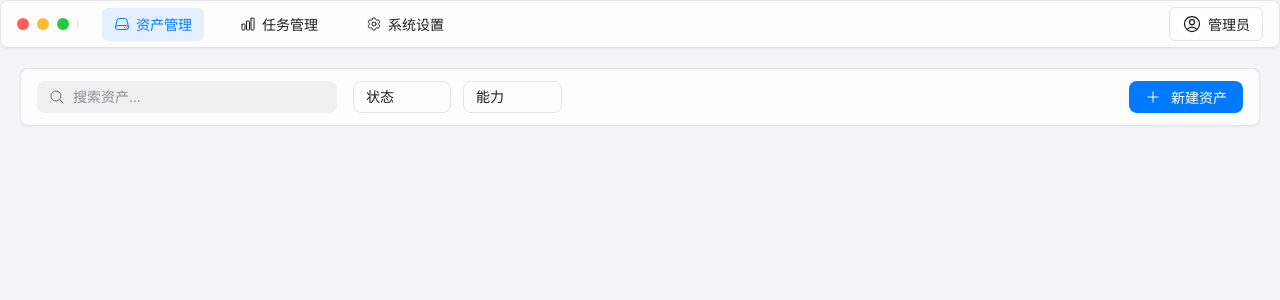
Repository: SmartRick/RLT
Page: / (app in fronted-ui/)
These files come from the project's save history. The page is drawn as it stood at one moment and after the next save; the edit follows.
The browser window is 1280 px wide. The pictures show the whole page.
The page's requests for data from a server got no answer. The project was rebuilt for these pictures with package versions that can differ from the ones it lists, and the page was loaded fresh each time. No one was signed in, and anything a server would have sent is missing. Also part of the build but not shown: fronted-ui/vite.config.js, fronted-ui/vue.config.js, fronted-ui/src/components/common/SwitchButton.vue, fronted-ui/src/views/Tasks.vue, fronted-ui/src/views/Settings.vue.

Above is the page before, as saved 2025-01-05 18:37:28.

### fronted-ui/src/App.vue
<template>
  <div class="app-background">
    <div class="blur-layer" :style="blurPosition"></div>
    <div class="gradient-layer"></div>
  </div>
  <app-layout />
</template>

<script setup>
import { ref, onMounted, onUnmounted } from 'vue'
import AppLayout from '@/components/layout/AppLayout.vue'

// 视差效果状态
const blurPosition = ref({ transform: 'translate(0px, 0px)' })

// 处理鼠标移动
const handleMouseMove = (e) => {
  const moveX = (e.clientX - window.innerWidth / 2) * 0.01
  const moveY = (e.clientY - window.innerHeight / 2) * 0.01
  blurPosition.value = {
    transform: `translate(${moveX}px, ${moveY}px)`
  }
}

// 组件挂载时添加事件监听
onMounted(() => {
  window.addEventListener('mousemove', handleMouseMove)
})

// 组件卸载时移除事件监听
onUnmounted(() => {
  window.removeEventListener('mousemove', handleMouseMove)
})
</script>

<style>
* {
  margin: 0;
  padding: 0;
  box-sizing: border-box;
}

body {
  font-family: 'PingFang SC', 'Microsoft YaHei', sans-serif;
  -webkit-font-smoothing: antialiased;
  -moz-osx-font-smoothing: grayscale;
  color: #2c3e50;
  background: #f5f5f7;
  overflow: hidden;
}

.app-background {
  position: fixed;
  top: 0;
  left: 0;
  width: 100vw;
  height: 100vh;
  z-index: -1;
  overflow: hidden;
}

.blur-layer {
  position: absolute;
  top: -20px;
  left: -20px;
  right: -20px;
  bottom: -20px;
  background:
    radial-gradient(circle at 30% 20%, rgba(121, 68, 154, 0.13), transparent 25%),
    radial-gradient(circle at 70% 65%, rgba(33, 150, 243, 0.13), transparent 25%),
    radial-gradient(circle at 20% 80%, rgba(234, 88, 12, 0.13), transparent 25%);
  filter: blur(30px);
  transition: transform 0.2s cubic-bezier(0.2, 0, 0.2, 1);
}

.gradient-layer {
  position: absolute;
  top: 0;
  left: 0;
  right: 0;
  bottom: 0;
  background: linear-gradient(
    135deg,
    rgba(255, 255, 255, 0.95) 0%,
    rgba(255, 255, 255, 0.85) 100%
  );
  backdrop-filter: blur(20px);
}

/* Mac 风格的按钮样式 */
.mac-btn {
  background: linear-gradient(to bottom, rgba(255, 255, 255, 0.8) 0%, rgba(247, 247, 247, 0.8) 100%);
  border: 1px solid rgba(0, 0, 0, 0.1);
  border-radius: 6px;
  padding: 8px 15px;
  font-size: 14px;
  color: #606266;
  cursor: pointer;
  transition: all 0.3s ease;
  backdrop-filter: blur(8px);
}

.mac-btn:hover {
  background: linear-gradient(to bottom, rgba(247, 247, 247, 0.9) 0%, rgba(240, 240, 240, 0.9) 100%);
  transform: translateY(-1px);
  box-shadow: 0 2px 4px rgba(0,0,0,0.1);
}

/* Mac 风格的卡片样式 */
.mac-card {
  background: rgba(255, 255, 255, 0.7);
  border-radius: 10px;
  box-shadow:
    0 4px 12px rgba(0, 0, 0, 0.1),
    0 0 0 1px rgba(0, 0, 0, 0.05);
  padding: 20px;
  transition: all 0.3s ease;
  backdrop-filter: blur(10px);
}

.mac-card:hover {
  transform: translateY(-2px);
  box-shadow:
    0 8px 24px rgba(0, 0, 0, 0.12),
    0 0 0 1px rgba(0, 0, 0, 0.05);
}
</style>

### fronted-ui/src/assets/styles/global.css
:root {
  /* 颜色系统 */
  --primary-color: #0A84FF;
  --success-color: #32D74B;
  --warning-color: #FF9F0A;
  --danger-color: #FF453A;
  --info-color: #64D2FF;

  /* 文本颜色 */
  --text-primary: #000000;
  --text-secondary: #6B6B6B;
  --text-tertiary: #8E8E93;

  /* 背景颜色 */
  --background-primary: #F5F5F7;
  --background-secondary: #FFFFFF;
  --background-tertiary: #F2F2F7;

  /* 边框颜色 */
  --border-color: #D2D2D7;
  --border-color-light: #E5E5EA;

  /* 阴影 */
  --shadow-sm: 0 1px 2px rgba(0, 0, 0, 0.05);
  --shadow-md: 0 4px 6px -1px rgba(0, 0, 0, 0.1), 0 2px 4px -1px rgba(0, 0, 0, 0.06);
  --shadow-lg: 0 10px 15px -3px rgba(0, 0, 0, 0.1), 0 4px 6px -2px rgba(0, 0, 0, 0.05);

  /* 圆角 */
  --radius-sm: 6px;
  --radius-md: 8px;
  --radius-lg: 12px;

  /* 动画 */
  --transition-speed: 0.2s;

  /* 间距 */
  --spacing-1: 4px;
  --spacing-2: 8px;
  --spacing-3: 12px;
  --spacing-4: 16px;
  --spacing-5: 20px;
  --spacing-6: 24px;
}

/* 基础样式重置 */
* {
  margin: 0;
  padding: 0;
  box-sizing: border-box;
  -webkit-font-smoothing: antialiased;
  -moz-osx-font-smoothing: grayscale;
}

body {
  font-family: -apple-system, BlinkMacSystemFont, 'SF Pro Text', 'Helvetica Neue', sans-serif;
  background-color: var(--background-primary);
  color: var(--text-primary);
  line-height: 1.5;
}

/* 通用卡片样式 */
.mac-card {
  background: var(--background-secondary);
  border-radius: var(--radius-md);
  box-shadow: var(--shadow-sm);
  border: 1px solid var(--border-color-light);
  backdrop-filter: blur(20px);
  transition: transform var(--transition-speed),
              box-shadow var(--transition-speed);
}

.mac-card:hover {
  transform: translateY(-2px);
  box-shadow: var(--shadow-md);
}

/* 按钮样式 */
.mac-btn {
  padding: var(--spacing-2) var(--spacing-4);
  border-radius: var(--radius-sm);
  font-size: 14px;
  font-weight: 500;
  border: 1px solid var(--border-color);
  background: var(--background-secondary);
  color: var(--text-primary);
  cursor: pointer;
  display: inline-flex;
  align-items: center;
  justify-content: center;
  gap: var(--spacing-2);
  transition: all var(--transition-speed);
}

.mac-btn:hover {
  background: var(--background-tertiary);
  border-color: var(--border-color);
}

.mac-btn.primary {
  background: var(--primary-color);
  border-color: var(--primary-color);
  color: white;
}

.mac-btn.primary:hover {
  background: color-mix(in srgb, var(--primary-color) 90%, black);
  border-color: color-mix(in srgb, var(--primary-color) 90%, black);
}

/* 输入框样式 */
.mac-input {
  padding: var(--spacing-2) var(--spacing-3);
  border-radius: var(--radius-sm);
  border: 1px solid var(--border-color);
  font-size: 14px;
  background: var(--background-secondary);
  transition: all var(--transition-speed);
  width: 100%;
}

.mac-input:focus {
  outline: none;
  border-color: var(--primary-color);
  box-shadow: 0 0 0 3px color-mix(in srgb, var(--primary-color) 20%, transparent);
}

/* 下拉框样式 */
.mac-select {
  padding: var(--spacing-2) var(--spacing-3);
  border-radius: var(--radius-sm);
  border: 1px solid var(--border-color);
  font-size: 14px;
  background: var(--background-secondary);
  cursor: pointer;
  transition: all var(--transition-speed);
}

.mac-select:focus {
  outline: none;
  border-color: var(--primary-color);
  box-shadow: 0 0 0 3px color-mix(in srgb, var(--primary-color) 20%, transparent);
}

/* 模态框样式 */
.modal-wrapper {
  width: 600px;
  max-width: 90vw;
  max-height: 85vh;
  display: flex;
  flex-direction: column;
  background: var(--background-secondary);
  border-radius: var(--radius-lg);
  box-shadow: var(--shadow-lg);
  overflow: hidden;
}

.modal-header {
  padding: var(--spacing-4) var(--spacing-6);
  border-bottom: 1px solid var(--border-color-light);
}

.modal-body {
  padding: var(--spacing-6);
  overflow-y: auto;
}

.modal-footer {
  padding: var(--spacing-4) var(--spacing-6);
  border-top: 1px solid var(--border-color-light);
  display: flex;
  justify-content: flex-end;
  gap: var(--spacing-3);
}

/* 表单样式 */
.form-section {
  background: var(--background-tertiary);
  border-radius: var(--radius-md);
  padding: var(--spacing-4);
  margin-bottom: var(--spacing-4);
}

.form-item {
  margin-bottom: var(--spacing-4);
}

.form-item label {
  display: block;
  margin-bottom: var(--spacing-2);
  color: var(--text-secondary);
  font-size: 14px;
}

.form-row {
  display: grid;
  grid-template-columns: 1fr 1fr;
  gap: var(--spacing-4);
}

/* 动画 */
@keyframes slideUp {
  from {
    transform: translateY(20px);
    opacity: 0;
  }
  to {
    transform: translateY(0);
    opacity: 1;
  }
}

.modal-enter-active {
  animation: slideUp var(--transition-speed) ease-out;
}

.modal-leave-active {
  animation: slideUp var(--transition-speed) ease-in reverse;
}

### fronted-ui/src/components/layout/AppLayout.vue
<template>
  <div class="app-layout">
    <header class="top-bar mac-card">
      <div class="left-section">
        <div class="window-controls">
          <span class="control close"></span>
          <span class="control minimize"></span>
          <span class="control maximize"></span>
        </div>
        <nav class="main-nav">
          <router-link
            v-for="route in mainRoutes"
            :key="route.path"
            :to="route.path"
            class="nav-item"
            :class="{ active: route.path === currentPath }"
          >
            <component :is="route.icon" class="nav-icon" />
            {{ route.name }}
          </router-link>
        </nav>
      </div>

      <div class="right-section">
        <button class="user-menu mac-btn">
          <UserCircleIcon class="user-icon" />
          管理员
        </button>
      </div>
    </header>

    <main class="main-content">
      <router-view v-slot="{ Component }">
        <transition name="fade" mode="out-in">
          <keep-alive>
            <component :is="Component" />
          </keep-alive>
        </transition>
      </router-view>
    </main>
  </div>
</template>

<script setup>
import { ref, onMounted, watch } from 'vue'
import { useRoute } from 'vue-router'
import {
  UserCircleIcon,
  ServerIcon,
  Cog6ToothIcon,
  ChartBarIcon
} from '@heroicons/vue/24/outline'

const route = useRoute()
const currentPath = ref(route.path)

// 路由配置
const mainRoutes = [
  { path: '/assets', name: '资产管理', icon: ServerIcon },
  { path: '/tasks', name: '任务管理', icon: ChartBarIcon },
  { path: '/settings', name: '系统设置', icon: Cog6ToothIcon }
]

// 监听路由变化
watch(
  () => route.path,
  (newPath) => {
    currentPath.value = newPath
    console.log('路由变化:', {
      path: newPath,
      currentComponent: route.name,
      timestamp: new Date().toISOString()
    })
  },
  { immediate: true }
)

// 组件挂载时
onMounted(() => {
  console.log('AppLayout 挂载:', {
    path: route.path,
    name: route.name,
    params: route.params,
    query: route.query,
    timestamp: new Date().toISOString()
  })
})
</script>

<style scoped>
.app-layout {
  height: 100vh;
  display: flex;
  flex-direction: column;
  background: #f5f5f7;
}

.top-bar {
  height: 48px;
  padding: 0 16px;
  display: flex;
  justify-content: space-between;
  align-items: center;
  background: rgba(255, 255, 255, 0.8);
  backdrop-filter: blur(12px);
  border-bottom: 1px solid rgba(0, 0, 0, 0.1);
  position: relative;
  z-index: 100;
}

.left-section {
  display: flex;
  align-items: center;
  gap: 24px;
}

.window-controls {
  display: flex;
  gap: 8px;
  padding-right: 8px;
  border-right: 1px solid rgba(0, 0, 0, 0.1);
}

.control {
  width: 12px;
  height: 12px;
  border-radius: 50%;
  cursor: pointer;
  transition: all 0.2s ease;
}

.control.close {
  background: #ff5f57;
}

.control.minimize {
  background: #febc2e;
}

.control.maximize {
  background: #28c840;
}

.control:hover {
  filter: brightness(0.9);
}

.main-nav {
  display: flex;
  gap: 24px;
}

.nav-item {
  display: flex;
  align-items: center;
  gap: 6px;
  color: #1c1c1e;
  text-decoration: none;
  font-size: 14px;
  padding: 6px 12px;
  border-radius: 6px;
  transition: all 0.2s ease;
  cursor: pointer;
  user-select: none;
}

.nav-item:hover {
  background: rgba(0, 0, 0, 0.05);
}

.nav-item.active {
  background: rgba(0, 122, 255, 0.1);
  color: #007AFF;
}

.nav-item.active .nav-icon {
  color: #007AFF;
}

.nav-icon {
  width: 16px;
  height: 16px;
}

.right-section {
  display: flex;
  align-items: center;
}

.user-menu {
  display: flex;
  align-items: center;
  gap: 6px;
  padding: 6px 12px;
  border-radius: 6px;
  color: #1c1c1e;
  font-size: 14px;
  background: transparent;
  border: 1px solid rgba(0, 0, 0, 0.1);
  cursor: pointer;
  transition: all 0.2s ease;
}

.user-menu:hover {
  background: rgba(0, 0, 0, 0.05);
}

.user-icon {
  width: 20px;
  height: 20px;
  color: #1c1c1e;
}

.main-content {
  flex: 1;
  overflow: auto;
  position: relative;
  height: calc(100vh - 48px);
  width: 100%;
  padding: 20px;
  background: transparent;
}

.main-content > * {
  height: 100%;
  width: 100%;
}

/* 响应式布局 */
@media (max-width: 768px) {
  .window-controls {
    display: none;
  }

  .main-nav {
    gap: 12px;
  }

  .nav-item {
    padding: 6px 8px;
  }

  .nav-item span {
    display: none;
  }
}

/* 添加过渡动画 */
.fade-enter-active,
.fade-leave-active {
  transition: opacity 0.2s ease;
  position: absolute;
  width: 100%;
  height: 100%;
}

.fade-enter-from,
.fade-leave-to {
  opacity: 0;
}
</style>

### fronted-ui/src/components/common/Modal.vue
<template>
  <transition name="modal-backdrop">
    <div v-if="modelValue" class="modal-overlay" @click="close">
      <transition name="modal">
        <div class="modal-wrapper mac-card" @click.stop>
          <div class="modal-header">
            <h3 class="modal-title">{{ title }}</h3>
            <button class="close-btn" @click="close">
              <XMarkIcon class="close-icon" />
            </button>
          </div>

          <div class="modal-body">
            <slot name="body"></slot>
          </div>

          <div class="modal-footer">
            <slot name="footer">
              <button class="mac-btn" @click="close">取消</button>
              <button class="mac-btn primary" @click="$emit('confirm')">确认</button>
            </slot>
          </div>
        </div>
      </transition>
    </div>
  </transition>
</template>

<script>
import { XMarkIcon } from '@heroicons/vue/24/outline'

export default {
  name: 'BaseModal',
  components: {
    XMarkIcon
  },
  props: {
    modelValue: Boolean,
    title: String
  },
  emits: ['update:modelValue'],
  methods: {
    close() {
      this.$emit('update:modelValue', false)
    }
  }
}
</script>

<style scoped>
.modal-overlay {
  position: fixed;
  top: 0;
  left: 0;
  right: 0;
  bottom: 0;
  background: rgba(0, 0, 0, 0.3);
  backdrop-filter: blur(5px);
  display: flex;
  align-items: center;
  justify-content: center;
  z-index: 1000;
}

.modal-wrapper {
  width: 600px;
  max-width: 90vw;
  max-height: 85vh;
  margin: var(--spacing-6);
  background: var(--background-secondary);
  border-radius: var(--radius-lg);
  overflow: hidden;
}

.modal-header {
  padding: var(--spacing-4) var(--spacing-6);
  border-bottom: 1px solid var(--border-color-light);
  display: flex;
  align-items: center;
  justify-content: space-between;
}

.modal-title {
  font-size: 18px;
  font-weight: 600;
  color: var(--text-primary);
  margin: 0;
}

.close-btn {
  width: 28px;
  height: 28px;
  border: none;
  background: transparent;
  border-radius: 50%;
  cursor: pointer;
  display: flex;
  align-items: center;
  justify-content: center;
  color: var(--text-tertiary);
  transition: all var(--transition-speed);
}

.close-btn:hover {
  background: var(--background-tertiary);
  color: var(--text-primary);
}

.close-icon {
  width: 20px;
  height: 20px;
}

.modal-body {
  padding: var(--spacing-6);
  overflow-y: auto;
}

.modal-footer {
  padding: var(--spacing-4) var(--spacing-6);
  border-top: 1px solid var(--border-color-light);
  display: flex;
  justify-content: flex-end;
  gap: var(--spacing-3);
}

/* 动画 */
.modal-backdrop-enter-active,
.modal-backdrop-leave-active {
  transition: opacity var(--transition-speed);
}

.modal-backdrop-enter-from,
.modal-backdrop-leave-to {
  opacity: 0;
}

.modal-enter-active,
.modal-leave-active {
  transition: all var(--transition-speed);
}

.modal-enter-from,
.modal-leave-to {
  opacity: 0;
  transform: scale(0.95);
}
</style>

Loaded but not shown: fronted-ui/public/index.html (common file); fronted-ui/src/api/asset.js (48 lines, source omitted); fronted-ui/src/utils/request.js (42 lines, source omitted); fronted-ui/src/router/index.js (31 lines, source omitted); fronted-ui/src/main.js (20 lines, source omitted); fronted-ui/src/utils/date.js (11 lines, source omitted); fronted-ui/src/views/Assets.vue (1231 lines, source omitted)

After the next save:
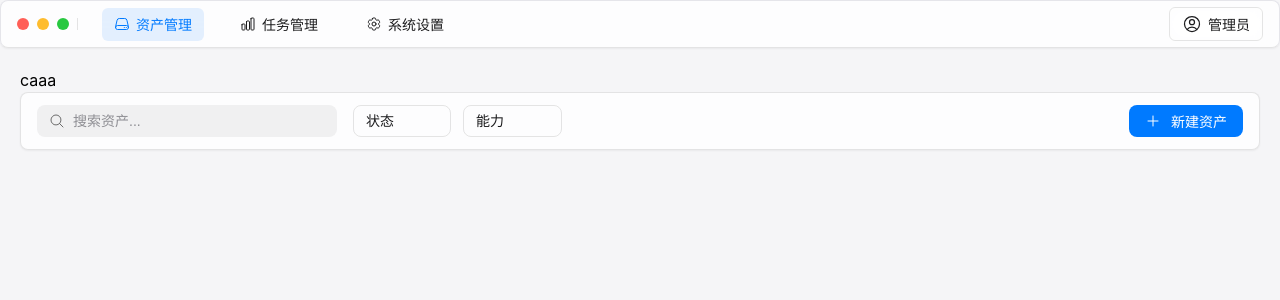
Saved 57 s later.
--- a/fronted-ui/src/components/layout/AppLayout.vue
+++ b/fronted-ui/src/components/layout/AppLayout.vue
@@ -30,6 +30,7 @@
     </header>
 
     <main class="main-content">
+        caaa
       <router-view v-slot="{ Component }">
         <transition name="fade" mode="out-in">
           <keep-alive>
